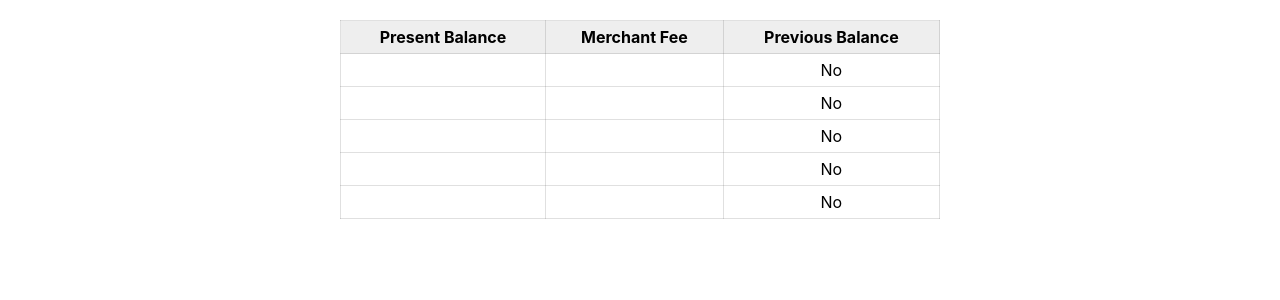
Repository: Anubhavgarg/pomelopay
Page: / (app in my-app/)
An editor plug-in stored every save of this project. The page is shown before and after the next save, followed by the edit.
The browser window is 1280 px wide. The pictures show the whole page.
The project was rebuilt for these pictures with package versions that can differ from the ones it lists, and the page was loaded fresh each time.

Above is the page before, as saved 2020-02-22 00:18:20.

### my-app/src/App.js
import React from 'react';
import './App.css';

function App() {
  const [itemList, setItemList] = React.useState({
    list: []
  });
  React.useEffect(() => {
    fetch('http://localhost:3000/App.json')
      .then(results => results.json())
      .then(data => {
        console.log("data:", data);
        setItemList({ ...itemList, list: data.response });
      });
  }, []);
  return (
    <div className="App">
      <table>
        <thead>
          <tr>
            <th>Present Balance</th>
            <th>Merchant Fee</th>
            <th>Previous Balance</th>
          </tr>
        </thead>
        <tbody>
          {
            itemList.list.map(item => {
              return (
                <tr key={item._id}>
                  <td>{item.name}</td>
                  <td>{item.rank}</td>
                  <td>{item.available ? "Yes" : "No"}</td>
                </tr>
              )
            })
          }

        </tbody>
      </table>
    </div>
  );
}

export default App;

### my-app/src/App.css
.App {
  text-align: center;
}

table{
  width: 100%;
  max-width: 600px;
  margin: 20px auto;
  border-collapse: collapse;
}

table, th, td {
  border: 1px solid rgba(102,102,102,0.2);
}
th,td{
  padding: 6px 10px;
}
th{
  background-color: #eee;
}

### my-app/public/App.json
{
    "response": [{
        "presentBalance": 10000,
        "merchantFee": 50,
        "previousBalance": 5000,
        "lastAmountDeducted": 5000,
        "deductBalance": 0
    }, {
        "presentBalance": 100000,
        "merchantFee": 50,
        "previousBalance": 5000,
        "lastAmountDeducted": 5000,
        "deductBalance": 0
    }, {
        "presentBalance": 50000,
        "merchantFee": 50,
        "previousBalance": 5000,
        "lastAmountDeducted": 5000,
        "deductBalance": 0
    }, {
        "presentBalance": 300000,
        "merchantFee": 50,
        "previousBalance": 5000,
        "lastAmountDeducted": 5000,
        "deductBalance": 0
    }, {
        "presentBalance": 34000,
        "merchantFee": 50,
        "previousBalance": 5000,
        "lastAmountDeducted": 5000,
        "deductBalance": 0
    }]
}

Loaded but not shown: my-app/public/index.html (common file); my-app/src/index.js (common file); my-app/src/index.css (common file); my-app/src/serviceWorker.js (common file)

After the next save:
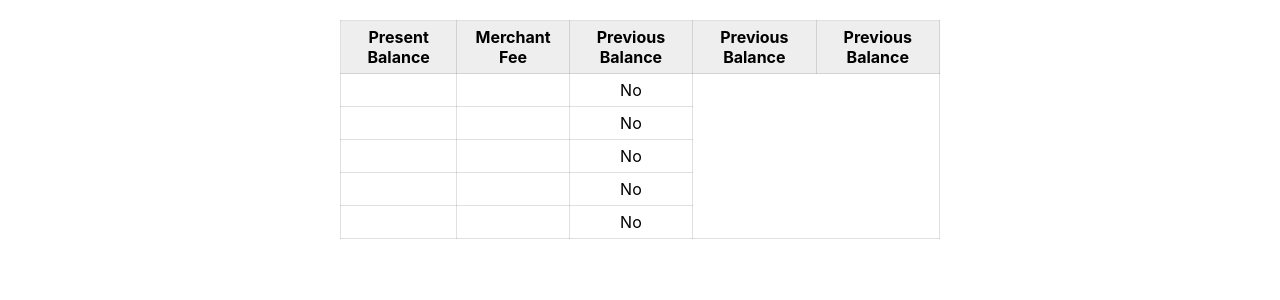
Saved 5 s later.
--- a/my-app/src/App.js
+++ b/my-app/src/App.js
@@ -21,6 +21,8 @@ function App() {
             <th>Present Balance</th>
             <th>Merchant Fee</th>
             <th>Previous Balance</th>
+            <th>Previous Balance</th>
+            <th>Previous Balance</th>
           </tr>
         </thead>
         <tbody>
